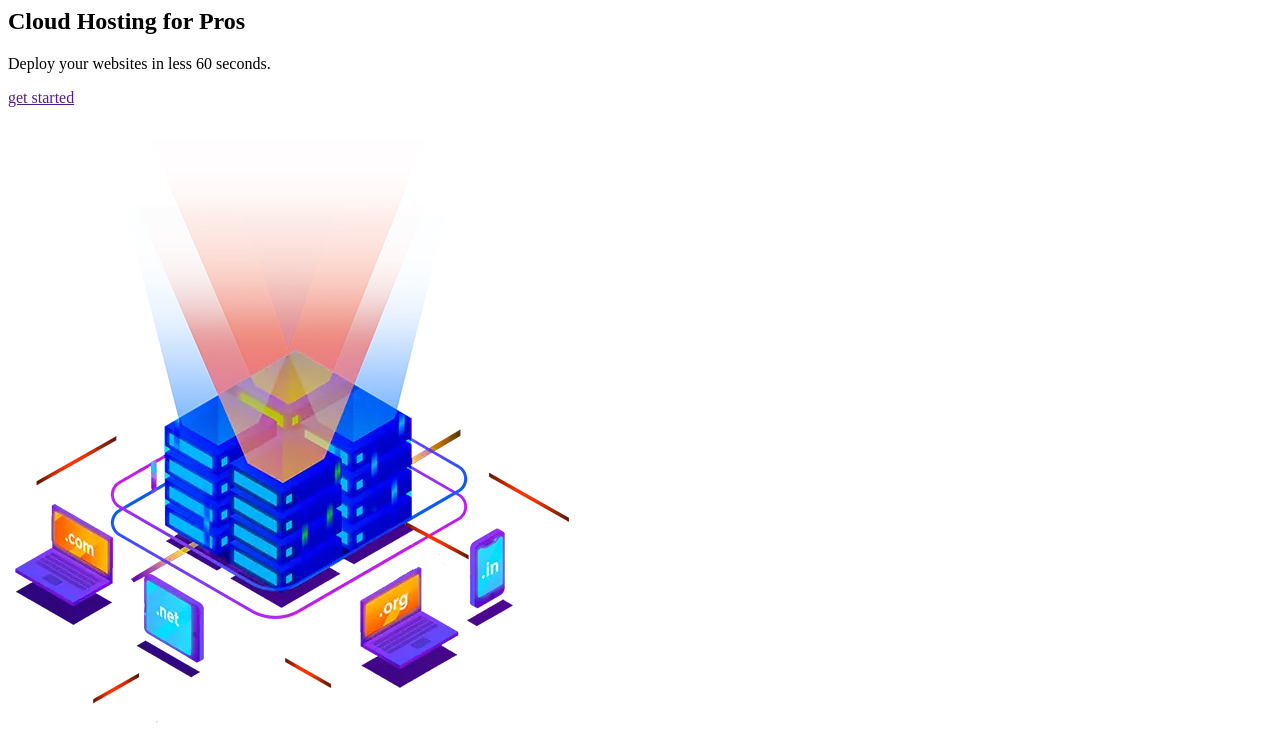
Repository: LeonUIO/first_website
Page: components/hero.html
An editor plug-in stored every save of this project. The page is shown before and after a run of saves, followed by the edit.
The browser window is 1280 px wide. The pictures show the whole page.

Above is the page before, as saved 2021-04-12 09:10:29.

After the next 2 saves:
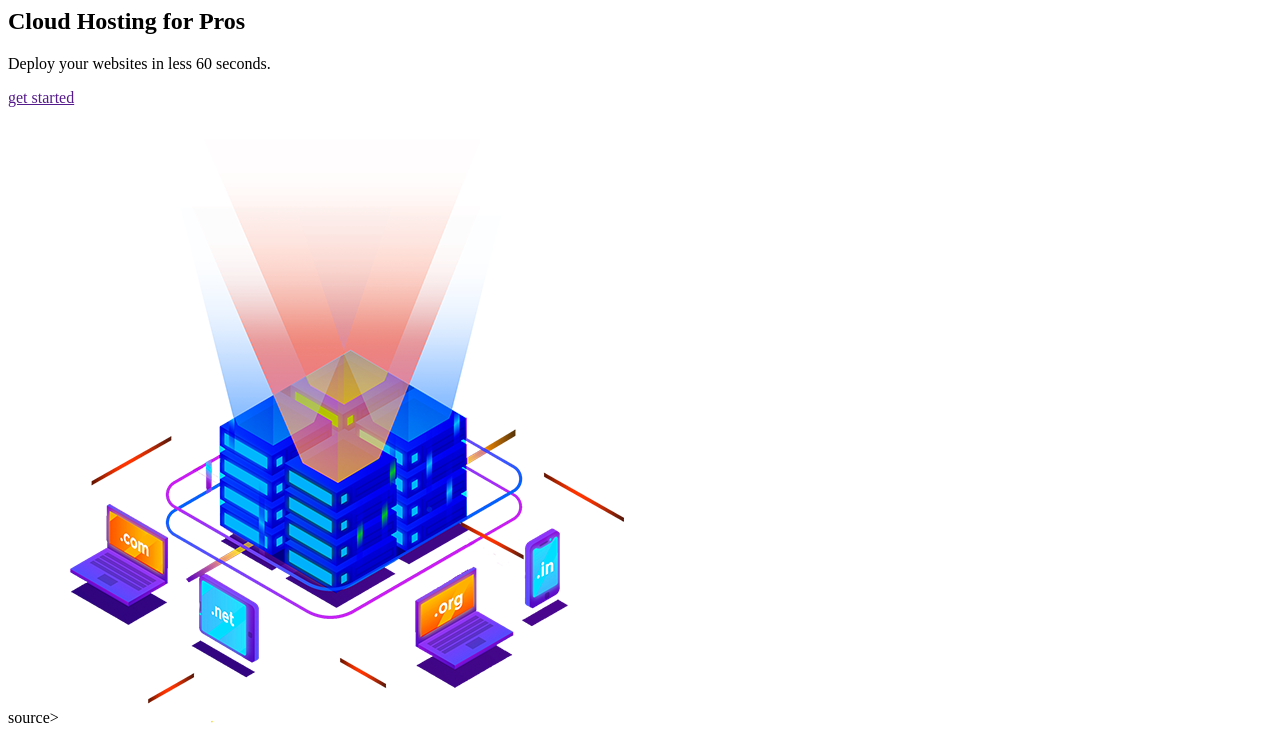
The 2 saves are shown as one change because they came seconds apart.
The last was saved 19 s later.
--- a/components/hero.html
+++ b/components/hero.html
@@ -10,7 +10,7 @@
         type="image/webp"
         srcset="./images/banner.webp 1x, ./images/banner@2x.webp 2x"
       ></source>
-      <source type="image/png" srcset="./images/banner.png 1x, ./images/banner@2x.png 2x"><source/>
+      <source type="image/png" srcset="./images/banner.png 1x, ./images/banner@2x.png 2x"></picture>source>
       <img class="hero__image" src="./images/banner.png" alt=""
     /></picture>
   </div>

After the save that followed:
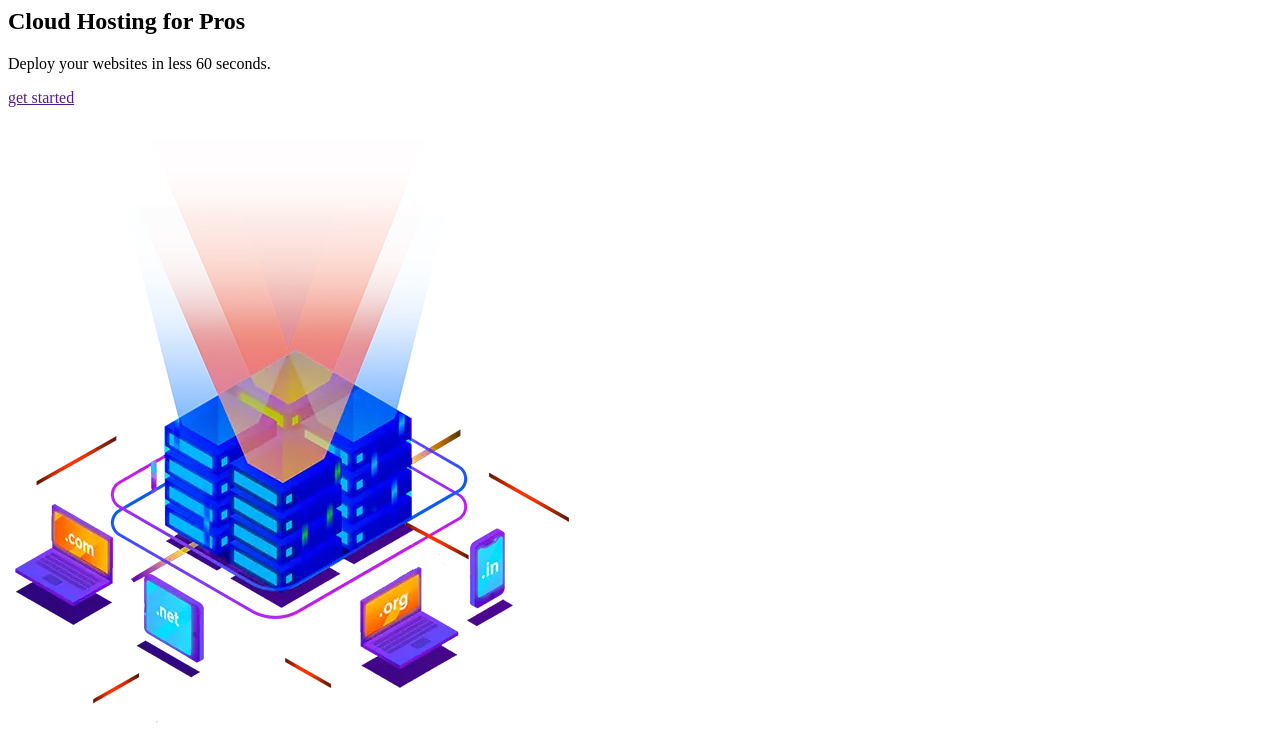
Saved 7 s later.
--- a/components/hero.html
+++ b/components/hero.html
@@ -10,7 +10,7 @@
         type="image/webp"
         srcset="./images/banner.webp 1x, ./images/banner@2x.webp 2x"
       ></source>
-      <source type="image/png" srcset="./images/banner.png 1x, ./images/banner@2x.png 2x"></picture>source>
+      <source type="image/png" srcset="./images/banner.png 1x, ./images/banner@2x.png 2x"></source>
       <img class="hero__image" src="./images/banner.png" alt=""
     /></picture>
   </div>
